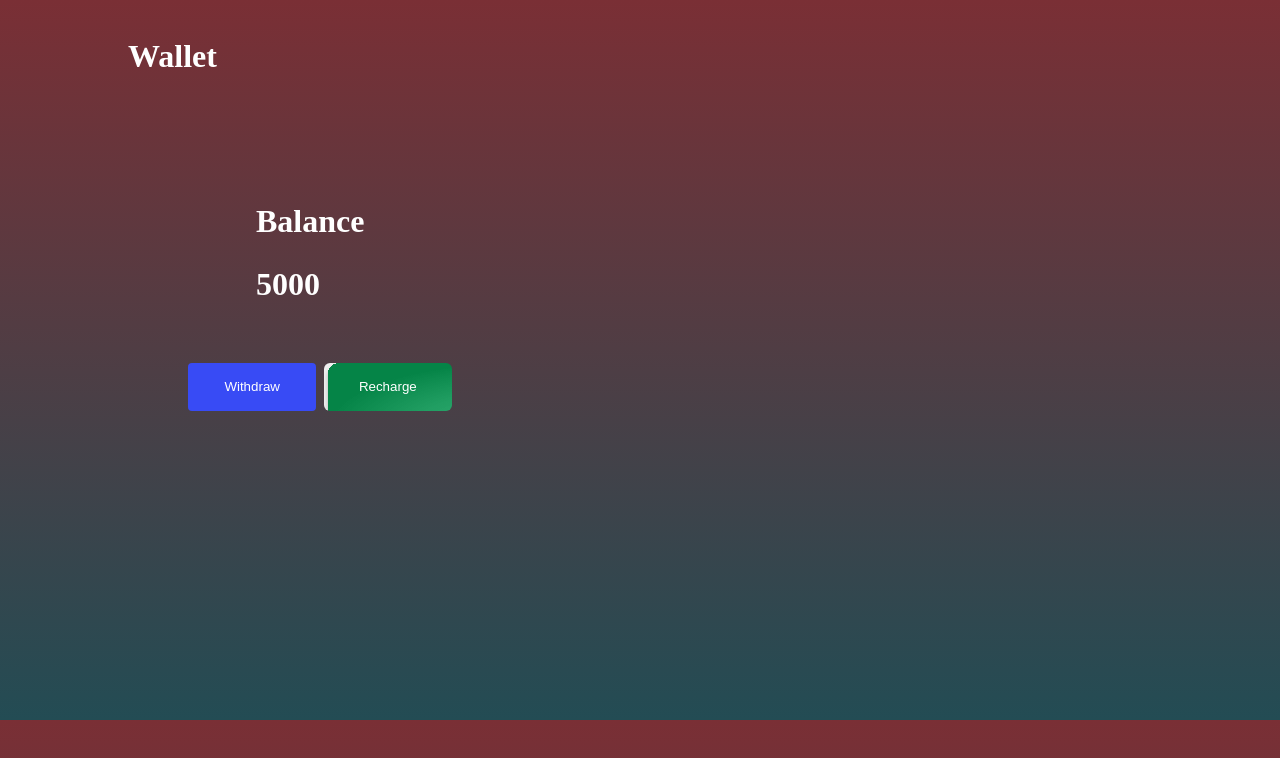
Repository: jagan607/N-Kalari
Page: /
These files come from the project's save history. The page is drawn as it stood at one moment and after the next save; the edit follows.
The browser window is 1280 px wide. The pictures show the whole page.
The project was rebuilt for these pictures with package versions that can differ from the ones it lists, and the page was loaded fresh each time. Also part of the build but not shown: src/App.css, src/helpers/firebase.js, src/components/Login/Login.js.

Above is the page before, as saved 2022-01-07 18:00:38.

### src/index.css
body,
html,
.App,
#root,
.main {
  width: 100%;
  height:100%;
  scroll-behavior: smooth;

}
body{
    margin: 0;
    padding: 0;
    text-align: center;
    background-image: linear-gradient(#7A2F35, #234C54);
  }

### src/App.js
import logo from './logo.svg';
import './App.css';
import React, { Component } from "react"
import Login from './components/Login/Login'
import Wallet from './components/wallet/Wallet'
import {history} from './helpers/history'
import {Router, Route, Routes } from "react-router-dom";


class App extends Component {
  constructor(props) {
    super(props);
  }

  render() {
    return(
      <div>
        {/* <Login></Login> */}

        <Wallet></Wallet>

          {/* <Route exact path="/">
          </Route> */}
          {/* <Route exact path="/wallet">
            <Wallet/>
          </Route> */}
     </div>
    );
}
}

export default App;

### src/components/wallet/Wallet.js
import React, { Component } from "react"
import styles from './index.css';

class Wallet extends Component{
    constructor(props){
        super(props);


    }

    render(){
        return(
            <div>
            <div className="balance">
            <h1 className="heading">Wallet</h1>
            <h1 className="balance-heading">Balance </h1>
            <h1 className="balance-value">5000</h1>
            </div>
            <div className="buttons">
                <button className="withdraw">Withdraw</button>
                <button className="recharge">Recharge</button>

            </div>
            </div>

        )
    }
}
export default Wallet;

### src/components/wallet/index.css
.heading{
    color: white;
    text-align: left;
    margin-left: 10%;
    margin-top: 3%;
}

.balance-heading{
    color :white;
    text-align: left;
    margin-left: 20%;
    margin-top: 10%;
}

.balance-value{
    color :white;
    text-align: left;
    margin-left: 20%;
    margin-top: 2%;
}

.buttons{
    width: 30%;
    float: left;
    margin-left: 10%;
    margin-top: 3%;
}

.withdraw{
    margin-right: 2%;
    width: 8rem;
    height: 3rem;
    background: #384BF5;
    border-radius: 4px;
    color: white;
    border: none;


}

.recharge{
    width: 8rem;
    height: 3rem;
    background-image: url("data:[embedded picture, 1436 characters]");
    color: white;
    border: none;
    border-radius: 6px;

}

Loaded but not shown: public/index.html (common file); src/index.js (common file); src/reportWebVitals.js (common file); src/helpers/history.js (common file)

After the next save:
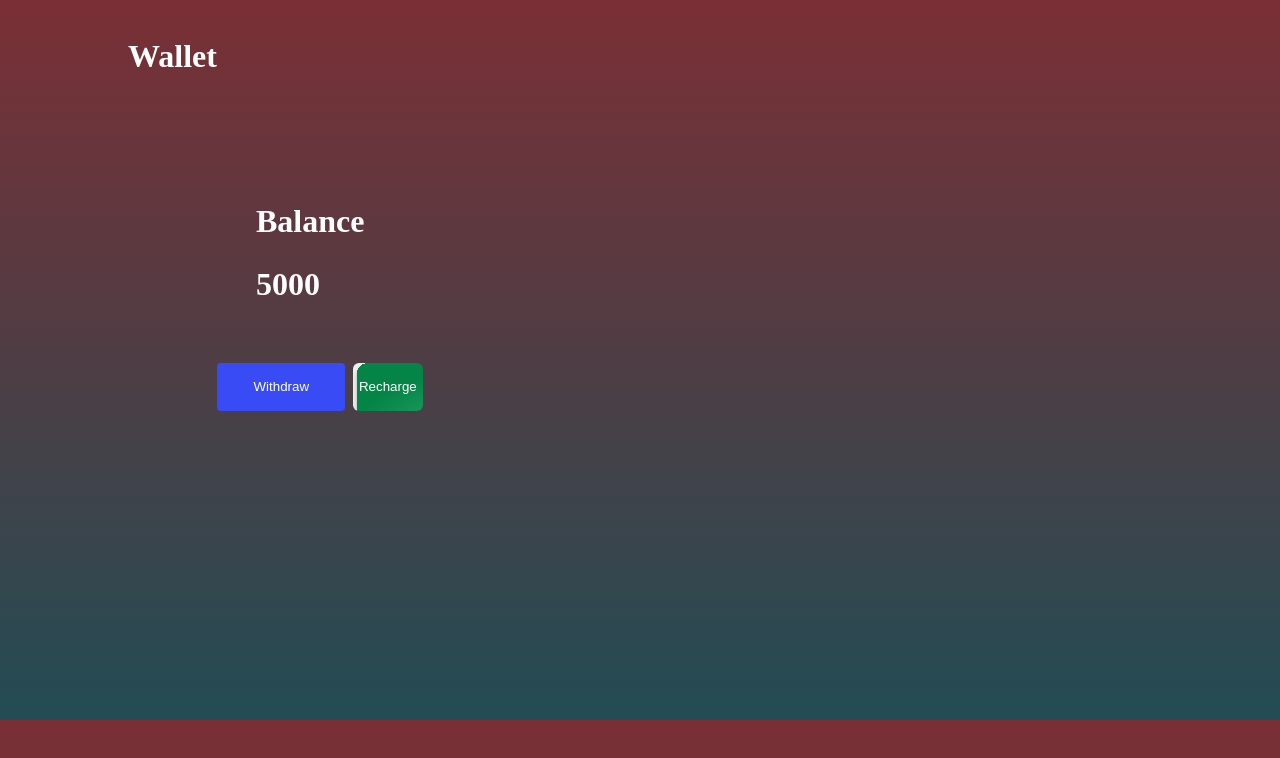
Saved 9 s later.
--- a/src/components/wallet/index.css
+++ b/src/components/wallet/index.css
@@ -39,7 +39,7 @@
 }
 
 .recharge{
-    width: 8rem;
+
     height: 3rem;
     background-image: url("data:[embedded picture, 1436 characters]");
     color: white;

After the save that followed:
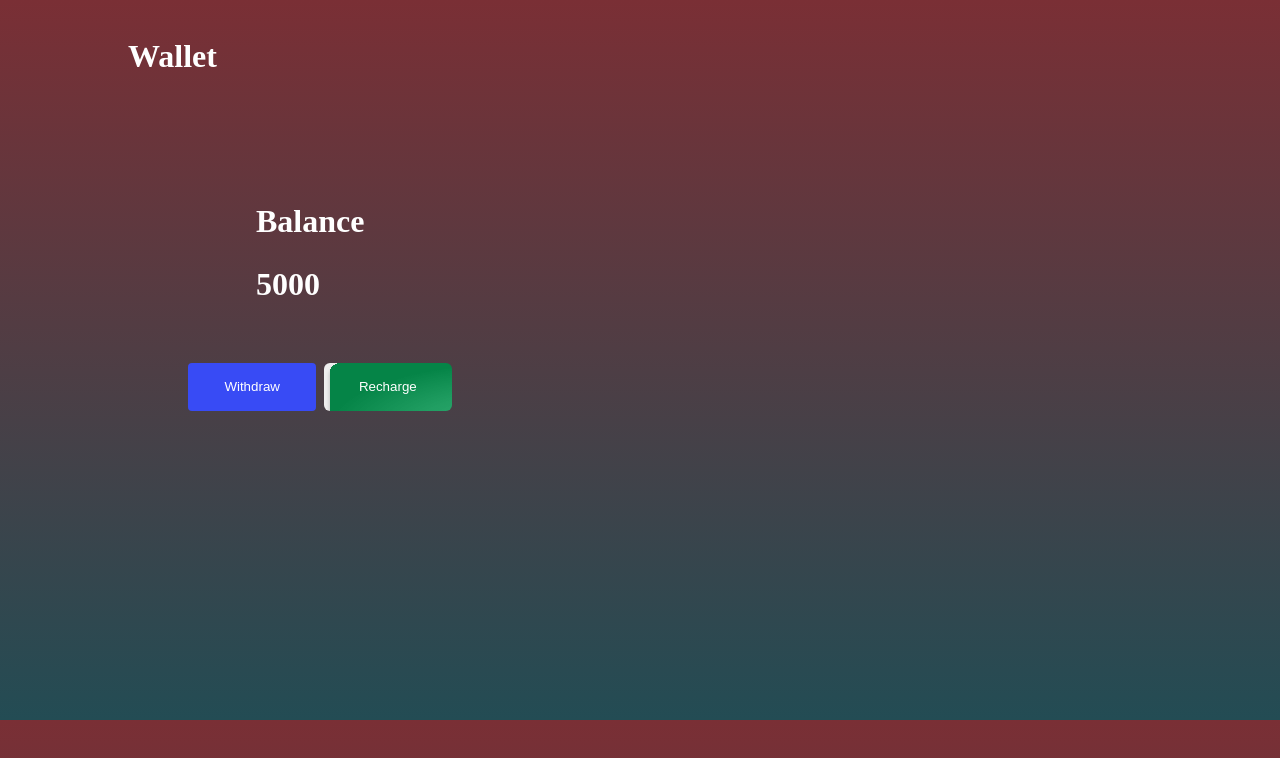
Saved 10 s later.
--- a/src/components/wallet/index.css
+++ b/src/components/wallet/index.css
@@ -39,7 +39,7 @@
 }
 
 .recharge{
-
+    width: 8rem;
     height: 3rem;
     background-image: url("data:[embedded picture, 1436 characters]");
     color: white;
